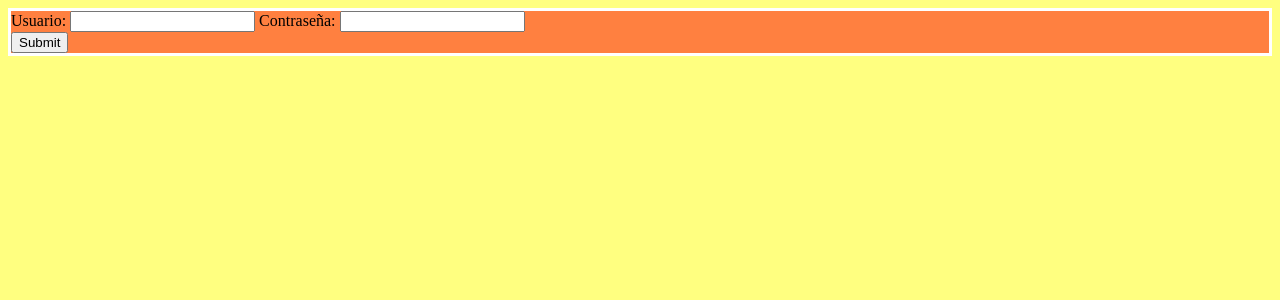
Repository: salvadorsobrino/Ejercicio5ServletJSP
Page: http://localhost/Ejercicio5/
An editor plug-in stored every save of this project. The page is shown before and after a run of saves, followed by the edit.
The browser window is 1280 px wide. The pictures show the whole page.
The page is served by Tomcat 9. Other server files are loaded and not shown.

Above is the page before, as saved 2022-03-11 09:29:29.

### Ejercicio5/src/main/webapp/index.html
<!DOCTYPE html>
<html>
<head>
<meta charset="UTF-8">
<link rel='stylesheet' type='text/css' media='screen' href='index.css'>
<title>Ejercicio5</title>
<link rel="icon" href="icono.png">
</head>
<body>
	<form id="formulario" action="Servlet" method="post">
	Usuario:
	<input type="text" name="usuario">
	Contraseña:
	<input type="password" name="contrasena">
	<br>
	<input type="submit">

	</form>
</body>
</html>

### Ejercicio5/src/main/webapp/index.css
/* Hoja de estilo index */
h1{
	 color: orange;
}
body{
	background-color: rgb(255, 255, 128);
    background-size: cover;
}
#formulario{
	background-color: rgb(255, 128, 64);
	    border-style: solid;
	border-width: medium;
	border-color: white;

}
a:link {
    /* Enlaces no visitados */
    color: rgb(255, 128, 64);
}

a:visited {
    /* Enlaces visitados */
    color: rgb(255, 128, 0);
}

a:hover, a:focus {
    color: rgb(153, 72, 6);
    /* El usuario esta sobre el enlace */
}

a:active {
    color: rgb(255, 94, 0);
    /* El usuario hace click en el enlace */
}

After the next 3 saves:
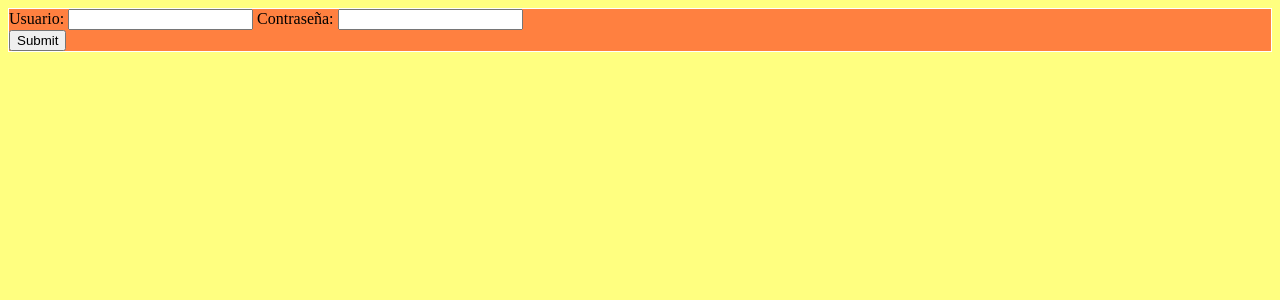
The 3 saves are shown as one change because they came seconds apart.
The last was saved 9 s later.
--- a/Ejercicio5/src/main/webapp/index.css
+++ b/Ejercicio5/src/main/webapp/index.css
@@ -8,8 +8,8 @@ body{
 }
 #formulario{
 	background-color: rgb(255, 128, 64);
-	    border-style: solid;
-	border-width: medium;
+	border-style: solid;
+	border-width: thin;
 	border-color: white;
 
 }
